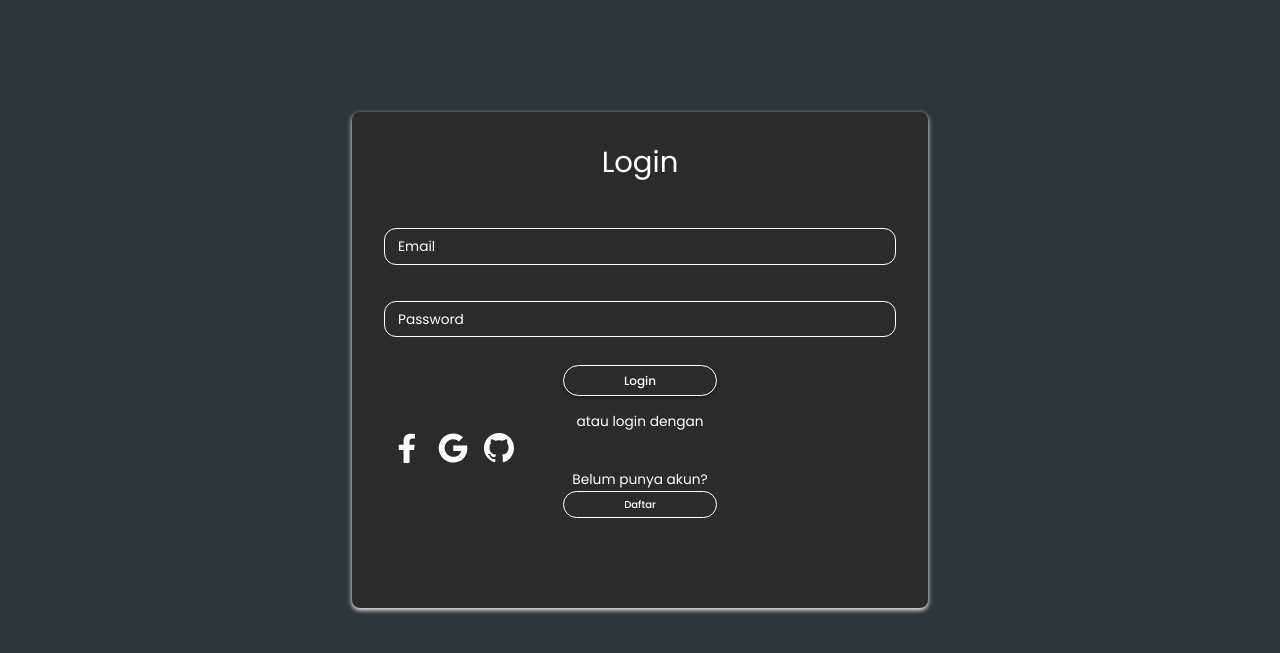
Repository: IzzaSuni/Izza-ToDo
Page: /login
The author's editor kept a copy of each file at every save. The page is drawn from the files as they stood at one save, then again after the next save.
The browser window is 1280 px wide. The pictures show the whole page.
The project was rebuilt for these pictures with package versions that can differ from the ones it lists, and the page was loaded fresh each time. Also part of the build but not shown: src/App.css, src/services.js, src/utils/Query.js, src/utils/isLogin.js, src/components/List.js, src/components/Filter.js, src/components/ohayo.js, src/components/navbar.js and 2 more.

Above is the page before, as saved 2022-08-19 20:21:45.

After the next save:
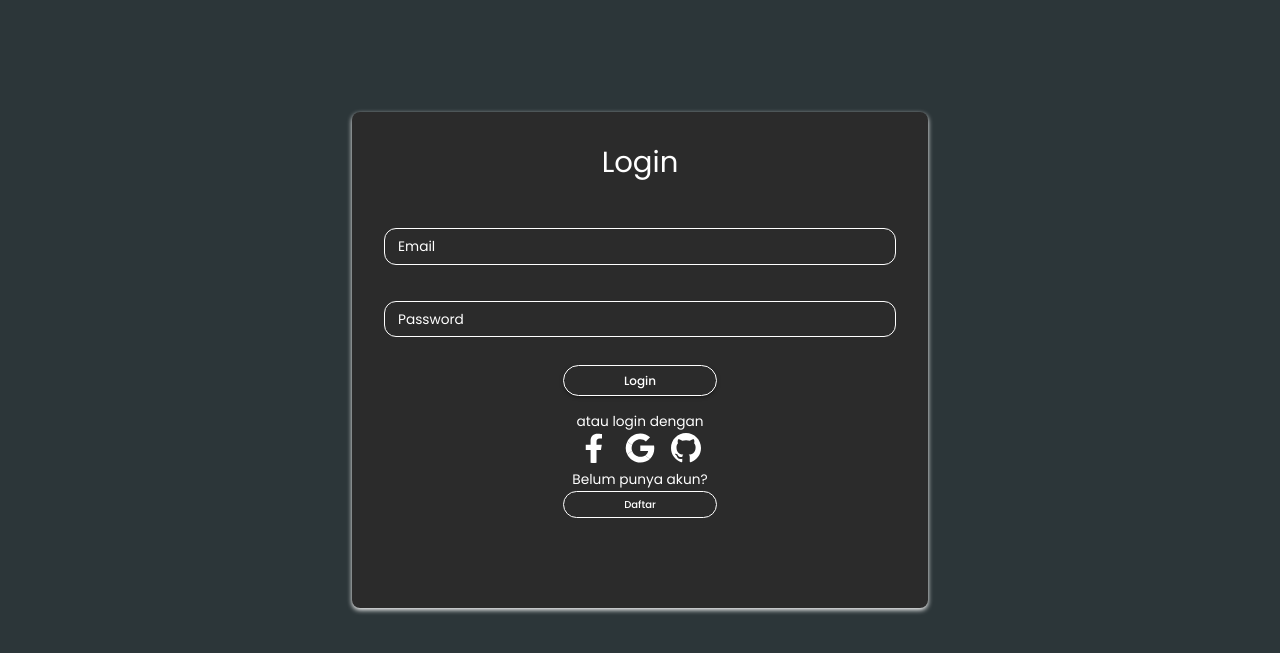
Saved 33 s later.
--- a/src/components/Login.js
+++ b/src/components/Login.js
@@ -174,7 +174,7 @@ export default function Login(prop) {
             <Box>
               <Typography textAlign={"center"}>atau login dengan</Typography>
             </Box>
-            <Box display="inline-flex" justifyContent={"center"}>
+            <Box display="inline-flex" justifyContent={"center"} width='100%' >
               <Img src="/facebook.svg" px={"8px"} />
               <Img src="/google.svg" px={"8px"} />
               <Img src="/Github.svg" px={"8px"} />
